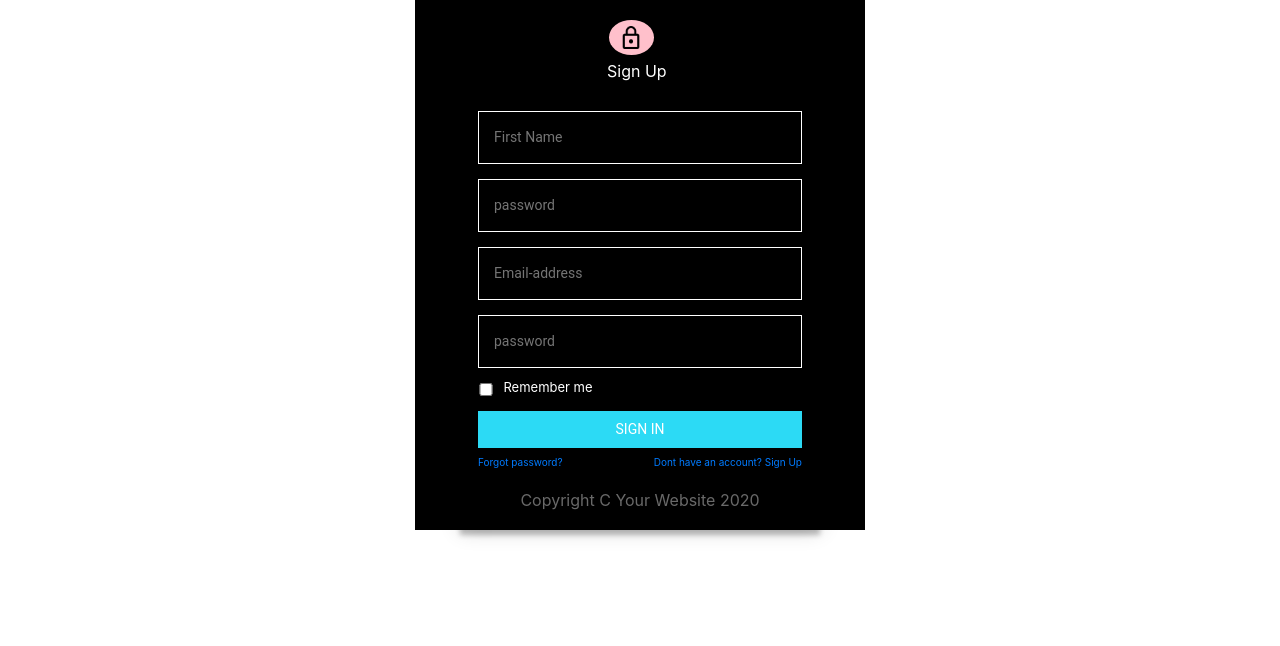
Repository: andbilous/cursor-styled-components
Page: /sign-up
An editor plug-in stored every save of this project. The page is shown before and after a run of saves, followed by the edit.
The browser window is 1280 px wide. The pictures show the whole page.
The project was rebuilt for these pictures with package versions that can differ from the ones it lists, and the page was loaded fresh each time. Also part of the build but not shown: src/App.css, src/components/SignInForm.jsx.

Above is the page before, as saved 2020-04-19 16:42:41.

### src/App.js
import React from 'react';
import {
  BrowserRouter as Router,
  Switch,
  Route,
  Link
} from "react-router-dom";
import './App.css';
import SignInForm from './components/SignInForm';
import SignUpForm from './components/SignUpForm';

function App() {
  return (
   <Router>
      <Switch>
          <Route exact path="/sign-in">
            <SignInForm />
          </Route>
          <Route path="/sign-up">
            <SignUpForm />
          </Route>
        </Switch>
   </Router>
  );
}

export default App;

### src/components/SignUpForm.jsx
import React from 'react';
import styled from "styled-components";

const SignUpFormStyles = styled.div`
*{
  box-sizing: border-box;
}
.login-page {
  width: 450px;
  margin: auto;
  background: #000;
}
.form {
  position: relative;
  z-index: 1;
  max-width: 360px;
  margin: 0 auto;
  margin-top:10px;
  padding: 18px;
  text-align: center;
  box-shadow: 0 0 20px 0 rgba(0, 0, 0, 0.2), 0 5px 5px 0 rgba(0, 0, 0, 0.24);
}
.form input {
  font-family: "Roboto", sans-serif;
  outline: 0;
  border: 1px solid #fff;
  background:transparent;
  width: 100%;
  margin: 0 0 15px;
  padding: 15px;
  font-size: 14px;
}
.form input[type="checkbox"]{
  transform: translateX(-100px);
}
.form button {
  font-family: "Roboto", sans-serif;
  text-transform: uppercase;
  outline: 0;
  background: #2cdaf5;
  width: 100%;
  border: 0;
  padding: 8px;
  color: #FFFFFF;
  font-size: 14px;
  -webkit-transition: all 0.3 ease;
  transition: all 0.3 ease;
  cursor: pointer;
}
.form button:hover,.form button:active,.form button:focus {
  background: #43A047;
}
.form .message {
  margin: 15px 0 0;
  color: #b3b3b3;
  font-size: 12px;
}
.form .message a {
  color: #4CAF50;
  text-decoration: none;
}
.container {
  position: relative;
  z-index: 1;
  max-width: 300px;
  margin: 0 auto;
}
.container:before, .container:after {
  content: "";
  display: block;
  clear: both;
}
.container .info {
  margin: 50px auto;
  text-align: center;
}
.container .info h1 {
  margin: 0 0 15px;
  padding: 0;
  font-size: 36px;
  font-weight: 300;
  color: #1a1a1a;
}
.container .info span {
  color: #4d4d4d;
  font-size: 12px;
}
.container .info span a {
  color: #000000;
  text-decoration: none;
}
.container .info span .fa {
  color: #EF3B3A;
}
body {
  background: #76b852; /* fallback for old browsers */
  background: -webkit-linear-gradient(right, #76b852, #8DC26F);
  background: -moz-linear-gradient(right, #76b852, #8DC26F);
  background: -o-linear-gradient(right, #76b852, #8DC26F);
  background: linear-gradient(to left, #76b852, #8DC26F);
  font-family: "Roboto", sans-serif;
  -webkit-font-smoothing: antialiased;
  -moz-osx-font-smoothing: grayscale;
}
.links{
  display:flex
}
.remember{
color:#fff;
}
.additional{
 color: #2cdaf5;
 display: flex;
 justify-content: space-between;
}
.additional a{
  font-size:10px
 }
.img-container{
  background: pink;
  border-radius: 50%;
  width:10%;
  transform: translateY(20px);
  margin-left: 43%;
}
img{
  margin: 6px 11px;
  width: 50%;
}
.image-label{
  display:block;
  color:#fff;
  margin-left: 12rem;
  margin-top: 1.5rem;
}
.label-remember{
  display: inline-block;
  margin-bottom: .5rem;
  transform: translateX(-200px);
  font-size: 13px;
  width: 50%;
  margin-top: -5px;
}
footer{
  color: dimgrey;
}
`


const SignUpForm =() =>{
  return (
    <SignUpFormStyles>
<div class="login-page">
  <div class='img-container'>
    <img src={require('../assets/padlock.png')}/>
    </div>
    <span class='image-label'>Sign Up</span>
  <div class="form">
    <form class="login-form">
    <input type="text" placeholder="First Name"/>
      <input type="password" placeholder="password"/>
    <input type="text" placeholder="Email-address"/>
      <input type="password" placeholder="password"/>
      <div class='links remember'><input type="checkbox"/><label class='label-remember'>Remember me</label></div>
     <button>Sign In</button>
     <div class='links additional'>
     <p><a href="#">Forgot password?</a></p>
       <p><a href="#">Dont have an account? Sign Up</a></p>
       </div>
       <footer>
       <span>Copyright C Your Website 2020</span>
       </footer>
    </form>
  </div>
</div>
    </SignUpFormStyles>

  )
}


export default  SignUpForm;

Loaded but not shown: public/index.html (common file); src/index.js (common file); src/index.css (common file); src/serviceWorker.js (common file)

After the next 3 saves:
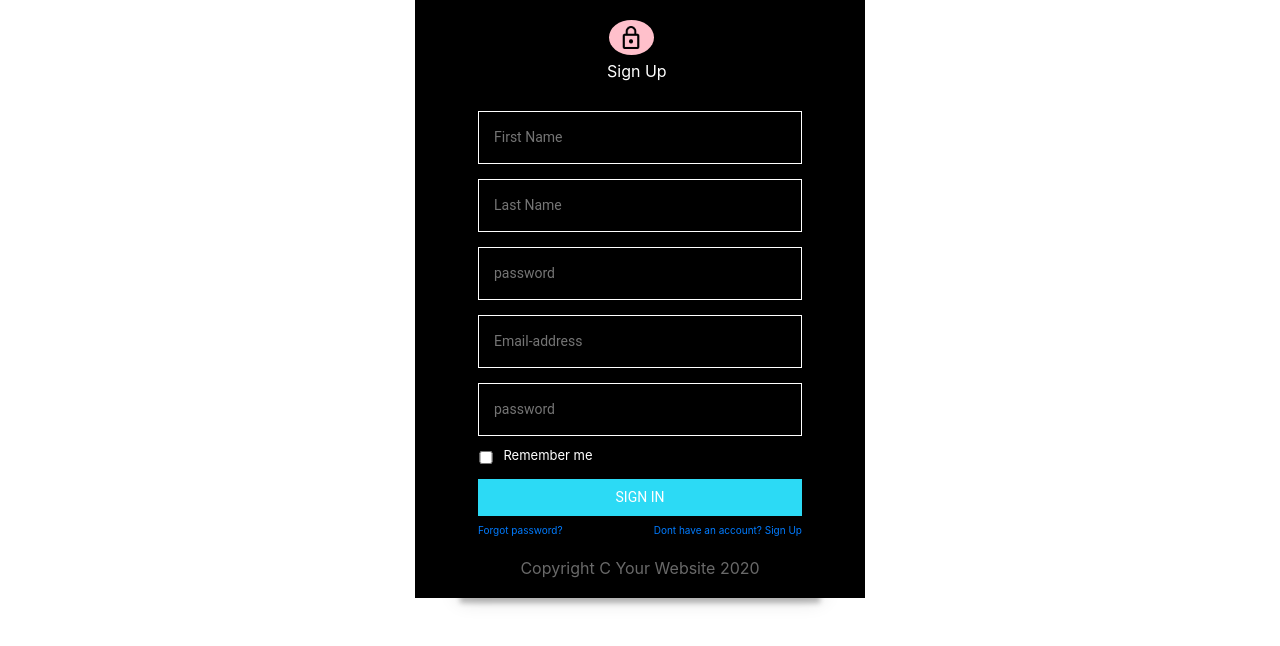
The 3 saves are shown as one change because they came seconds apart.
The last was saved 8 s later.
--- a/src/components/SignUpForm.jsx
+++ b/src/components/SignUpForm.jsx
@@ -158,6 +158,7 @@
   <div class="form">
     <form class="login-form">
     <input type="text" placeholder="First Name"/>
+    <input type="text" placeholder="Last Name"/>
       <input type="password" placeholder="password"/>
     <input type="text" placeholder="Email-address"/>
       <input type="password" placeholder="password"/>

After the save that followed:
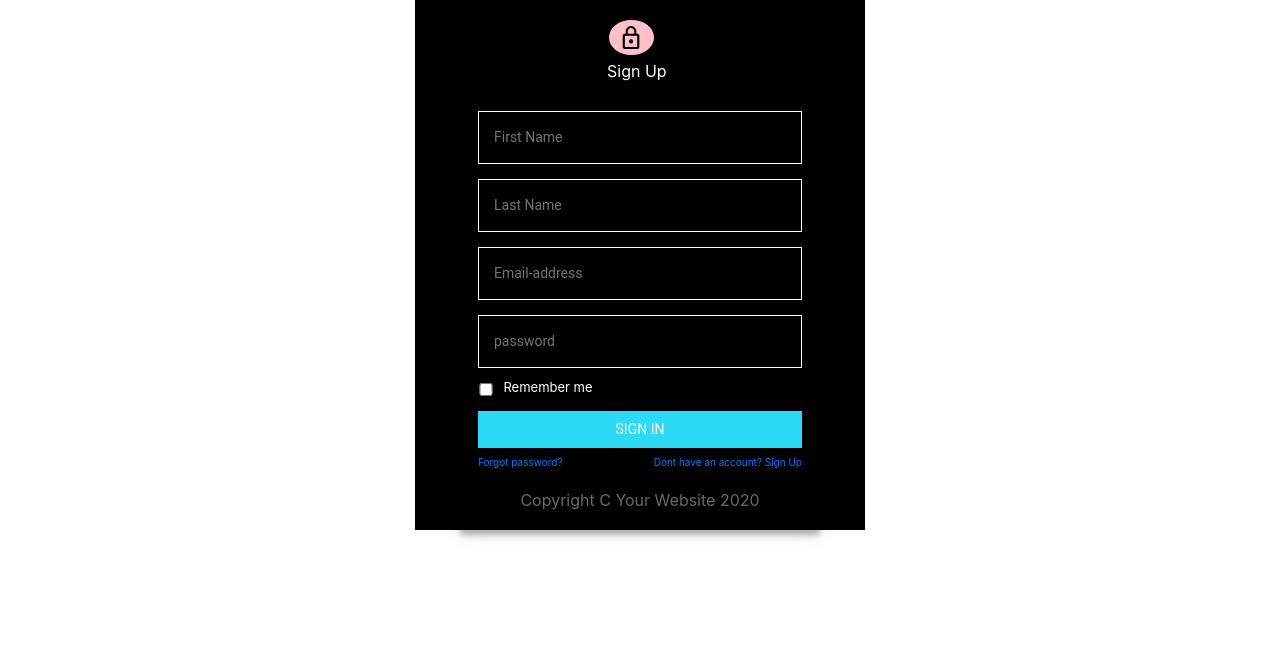
Saved 5 s later.
--- a/src/components/SignUpForm.jsx
+++ b/src/components/SignUpForm.jsx
@@ -159,7 +159,6 @@
     <form class="login-form">
     <input type="text" placeholder="First Name"/>
     <input type="text" placeholder="Last Name"/>
-      <input type="password" placeholder="password"/>
     <input type="text" placeholder="Email-address"/>
       <input type="password" placeholder="password"/>
       <div class='links remember'><input type="checkbox"/><label class='label-remember'>Remember me</label></div>
